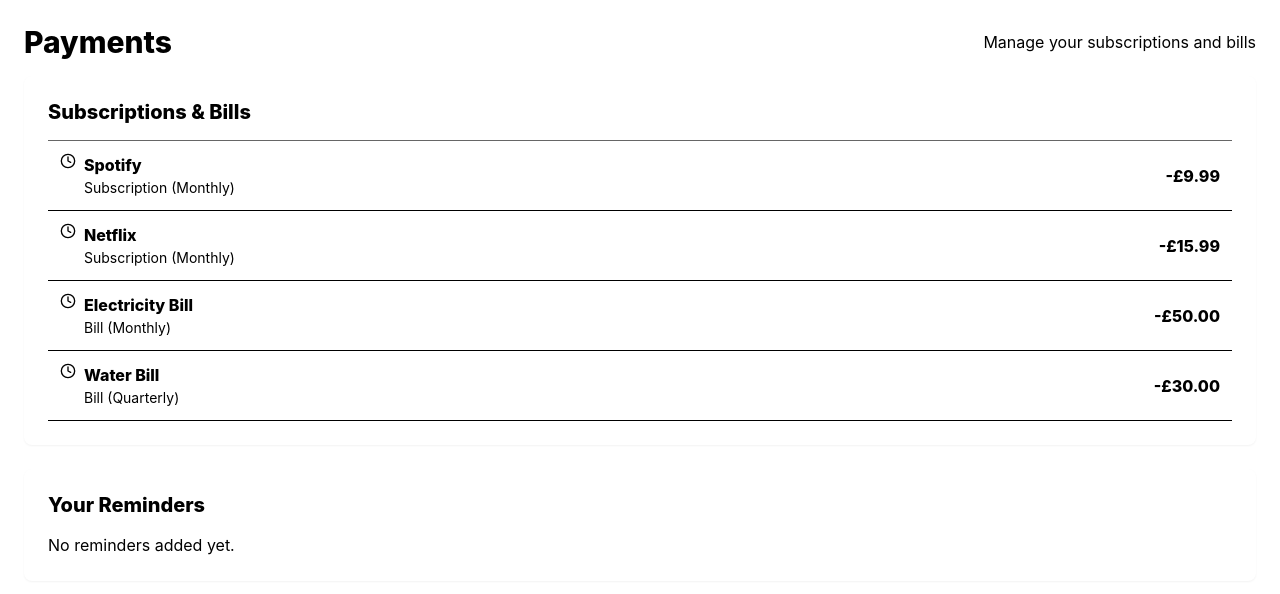
Repository: ellamcmorrow/banking-reminder
Page: /bill-reminder
An editor plug-in stored every save of this project. The page is shown before and after the next save, followed by the edit.
The browser window is 1280 px wide. The pictures show the whole page.
The project was rebuilt for these pictures with package versions that can differ from the ones it lists, and the page was loaded fresh each time. The framework's server and built-in components were replaced by stand-ins that run in the browser. Also part of the build but not shown: next.config.js.

Above is the page before, as saved 2024-12-01 19:26:48.

After the next save:
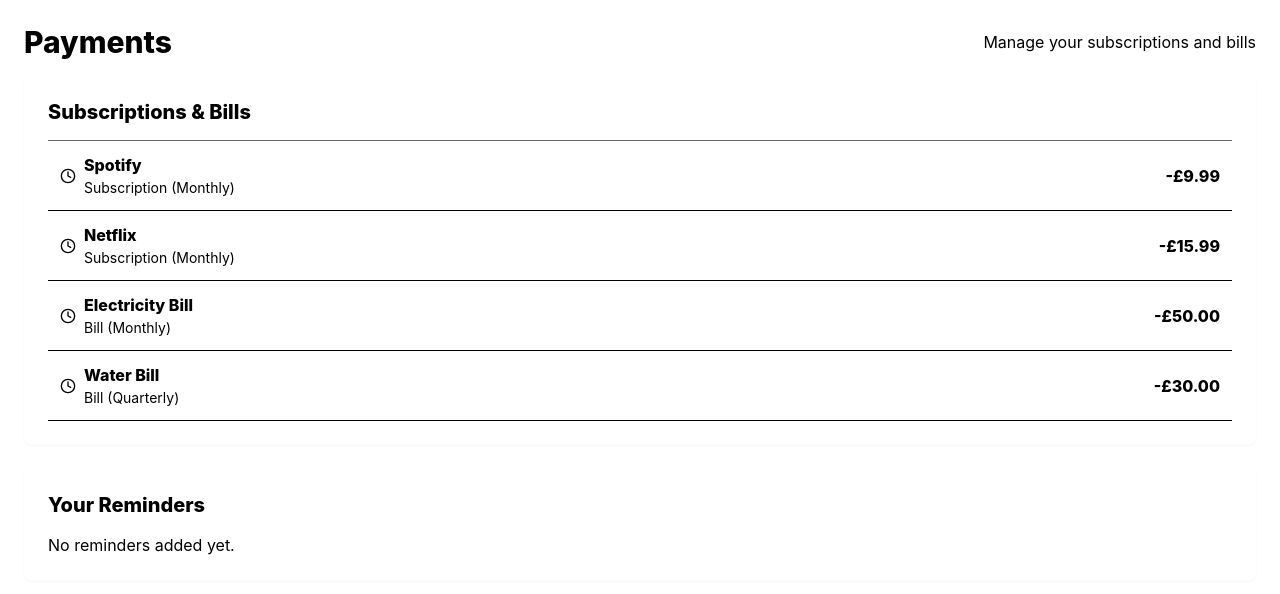
Saved 9 s later.
--- a/src/pages/bill-reminder.tsx
+++ b/src/pages/bill-reminder.tsx
@@ -146,7 +146,7 @@
             p={3}
           >
             <HStack>
-              <Icon as={FiClock} boxSize={4} color="black" alignSelf={"flex-start"}/>
+              <Icon as={FiClock} boxSize={4} color="black" alignSelf={"center"}/>
               <VStack align="start" spacing={0}>
                 <Text fontWeight="bold" color="black">
                   {payment.name}

After the save that followed:
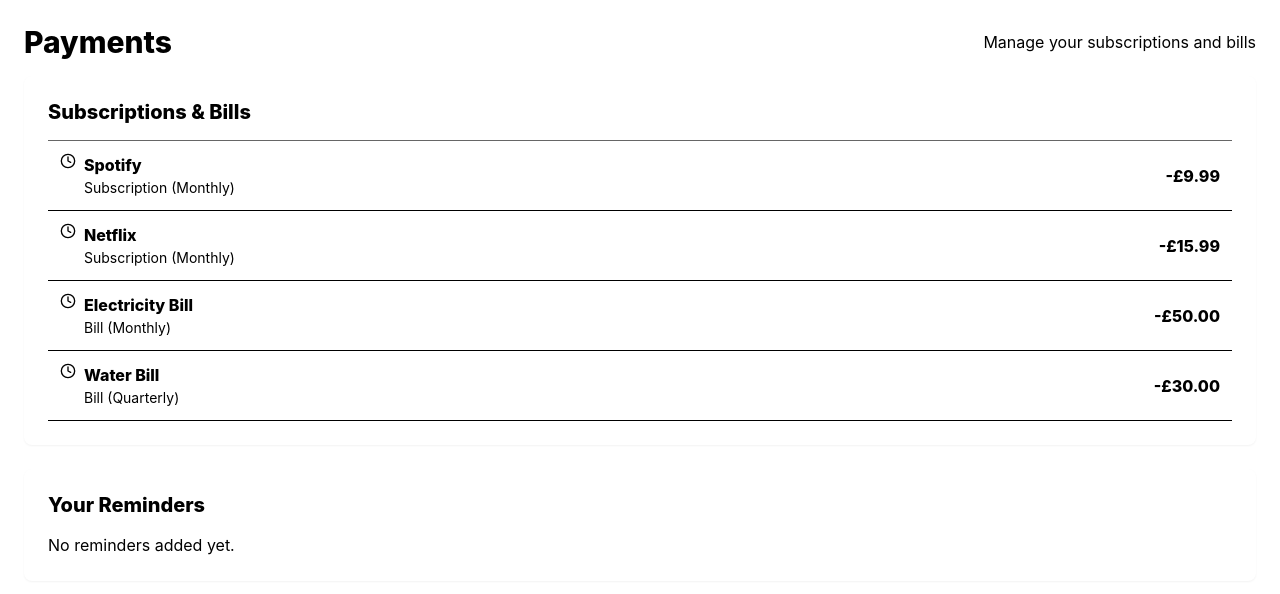
Saved 5 s later.
--- a/src/pages/bill-reminder.tsx
+++ b/src/pages/bill-reminder.tsx
@@ -146,7 +146,7 @@
             p={3}
           >
             <HStack>
-              <Icon as={FiClock} boxSize={4} color="black" alignSelf={"center"}/>
+              <Icon as={FiClock} boxSize={4} color="black" alignSelf={"flex-start"}/>
               <VStack align="start" spacing={0}>
                 <Text fontWeight="bold" color="black">
                   {payment.name}
